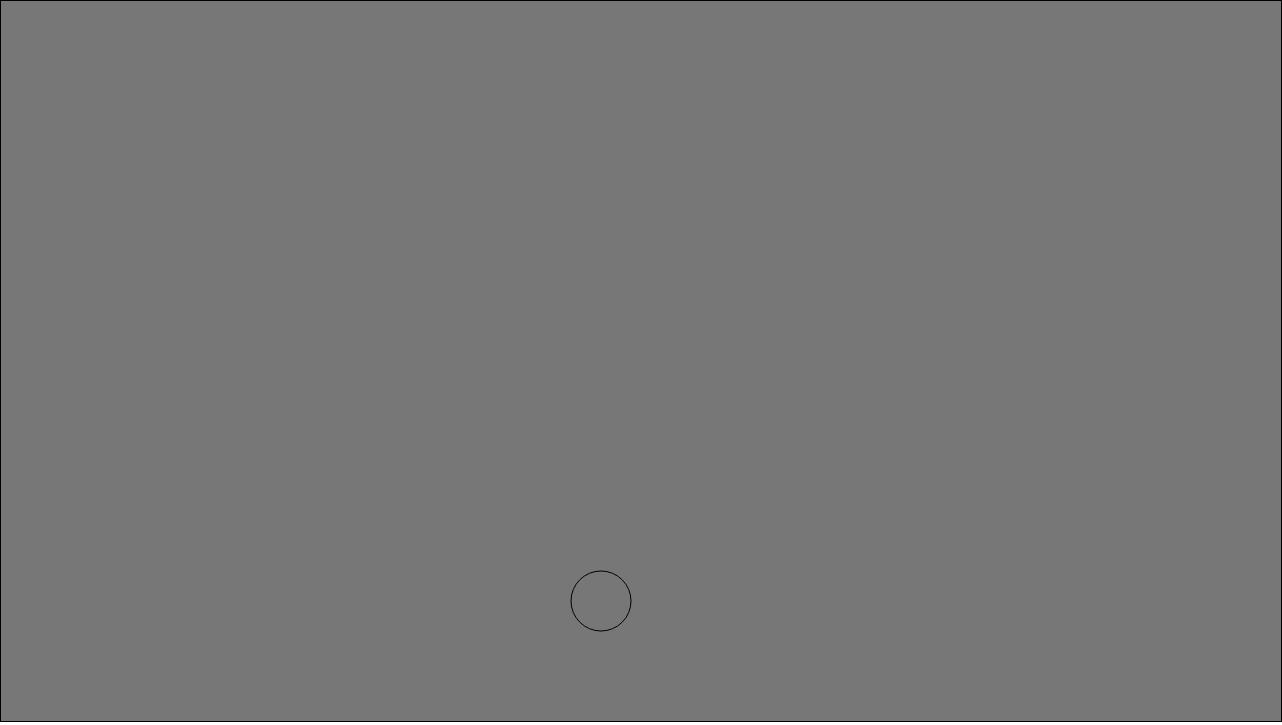
Repository: tenlekdan/particle-effect
Page: inidex.html
These files come from the project's save history. The page is drawn as it stood at one moment and after the next save; the edit follows.
The browser window is 1280 px wide. The page is 1282 px wide, so the pictures cover 1282 px, including what lies to the right of the window. The pictures show the whole page.

Above is the page before, as saved 2019-12-26 15:48:52.

After the next save:
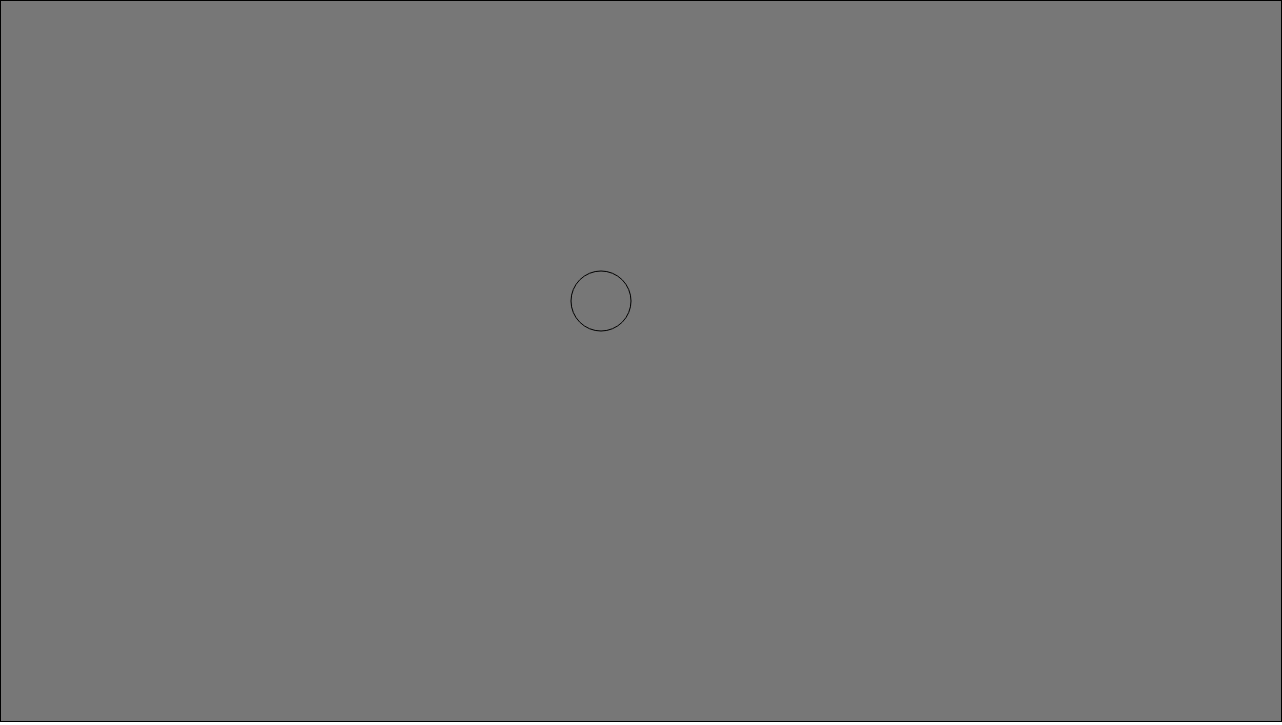
Saved 29 s later.
--- a/canvas.js
+++ b/canvas.js
@@ -33,12 +33,12 @@
         c.arc(x, y, radius, 0, Math.PI * 2, false);
         c.stroke();
 
-        if (x > innerWidth){
+        if (x > innerWidth) {
             dx = -dx;
         }
 
-            x += dx;
-        y += dy;
+        x += dx;
+        // y += dy;
     }
 
     animate();
